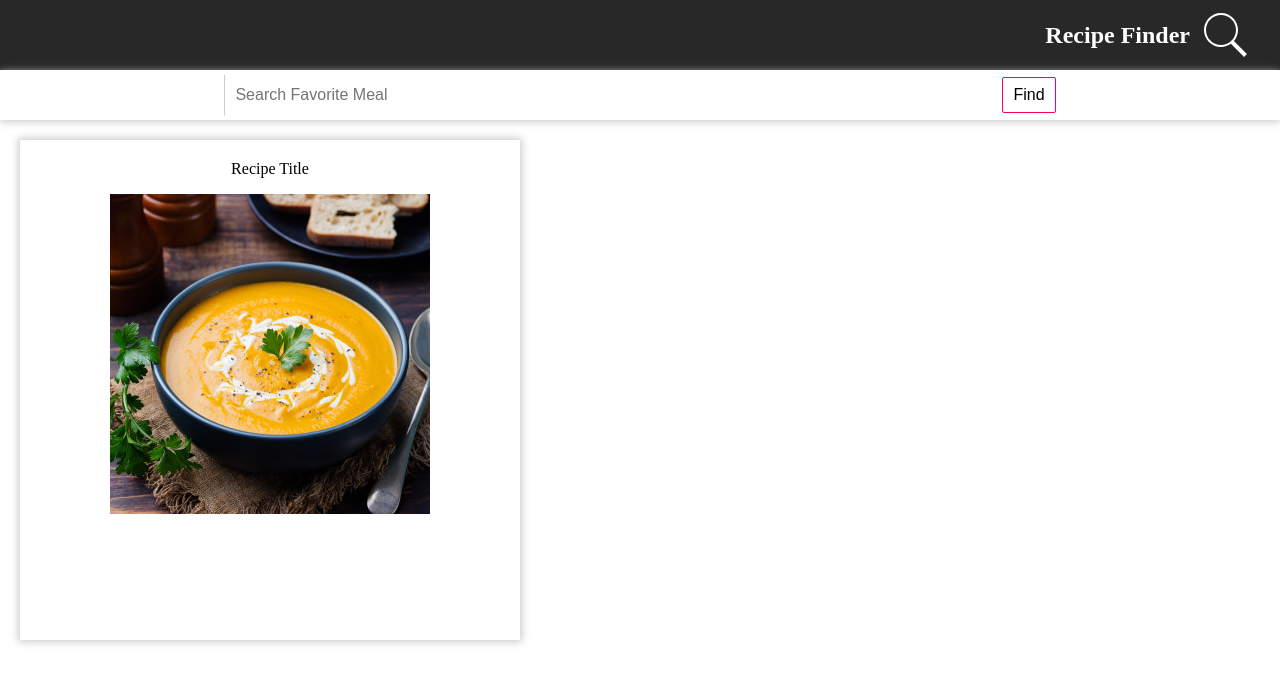
Repository: burntaftermint/recipes
Page: index.html
An editor plug-in stored every save of this project. The page is shown before and after the next save, followed by the edit.
The browser window is 1280 px wide. The pictures show the whole page.

Above is the page before, as saved 2023-11-06 04:52:56.

After the next save:
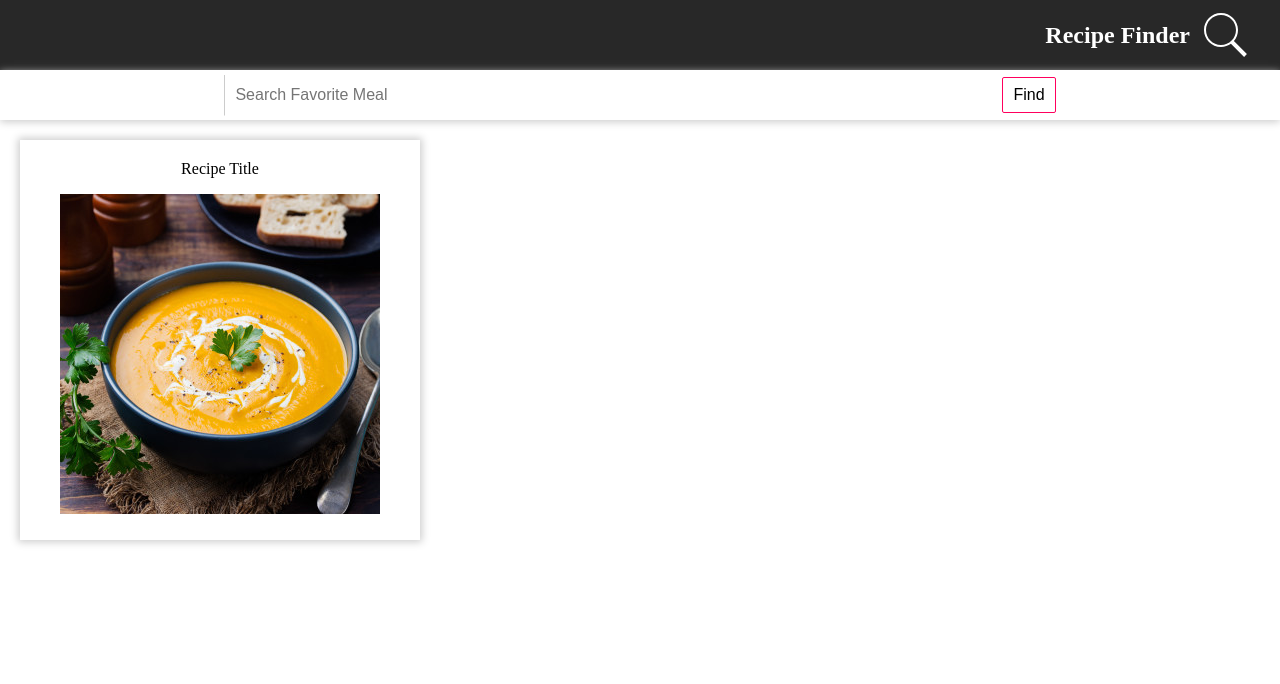
Saved 16 s later.
--- a/style.css
+++ b/style.css
@@ -87,8 +87,8 @@ header img {
 }
 
 .recipe {
-    height: 500px;
-    width: 500px;
+    height: 400px;
+    width: 400px;
     padding: 4px;
     box-shadow: 0px 0px 8px 2px var(--border-color);
     margin: 20px;
